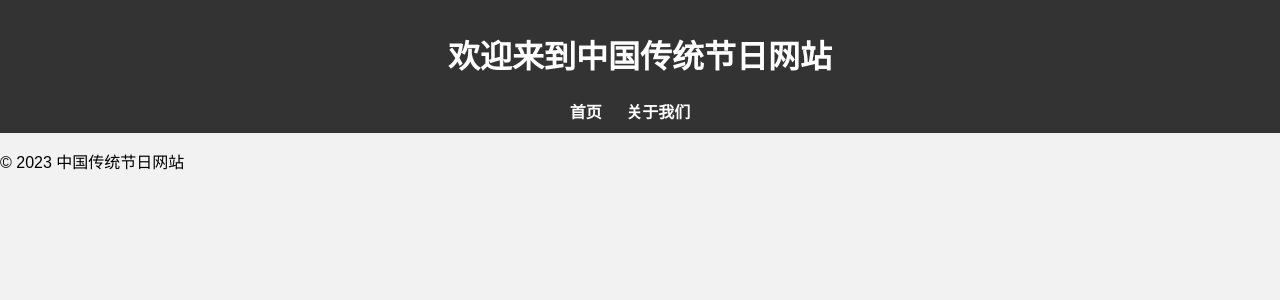
Repository: XueJie1/computer-operation-basics
Page: pages/about.html
The author's editor kept a copy of each file at every save. The page is drawn from the files as they stood at one save, then again after the next save.
The browser window is 1280 px wide. The pictures show the whole page.

Above is the page before, as saved 2023-08-30 14:38:01.

### pages/about.html
<!DOCTYPE html>
<html lang="en">

<head>
    <meta charset="UTF-8">
    <meta name="viewport" content="width=device-width, initial-scale=1.0">
    <title>关于</title>
    <link rel="stylesheet" type="text/css" href="../css/styles.css" />
    <script src="https://cdn.bootcdn.net/ajax/libs/jquery/3.6.4/jquery.js"></script>
</head>

<body>
    <div id="header"></div>
    <main></main>
    <div id="footer"></div>

    <script>
        $("#header").load("header.html");
        $("#footer").load("footer.html");
    </script>
</body>

</html>

### css/styles.css

body {
    font-family: Arial, sans-serif;
    margin: 0;
    padding: 0;
    background-color: #f2f2f2;
}

/* 样式化导航菜单 */
header {
    background-color: #333;
    color: #fff;
    padding: 10px 0;
}

header h1 {
    text-align: center;
    text-decoration: none;
    color: #fff;
}

nav ul {
    list-style-type: none;
    margin: 0;
    padding: 0;
    text-align: center;
}

nav ul li {
    display: inline;
    margin-right: 20px;
}

nav ul li a {
    text-decoration: none;
    color: #fff;
    font-weight: bold;
    font-size: 16px;
}

nav ul li a:hover {
    color: #ff9900; /* 鼠标悬停时的颜色 */
}

### pages/header.html
<header>
    <h1>欢迎来到中国传统节日网站</h1>
    <!-- 这里放置你的网站导航菜单、标志等内容 -->
    <nav>
        <ul>
            <li><a href="../index.html">首页</a></li>
            <li><a href="about.html">关于我们</a></li>
            <!-- 添加其他页面链接 -->
        </ul>
    </nav>
</header>

### pages/footer.html
<footer>
    <p>&copy; 2023 中国传统节日网站</p>
</footer>

After the next save:
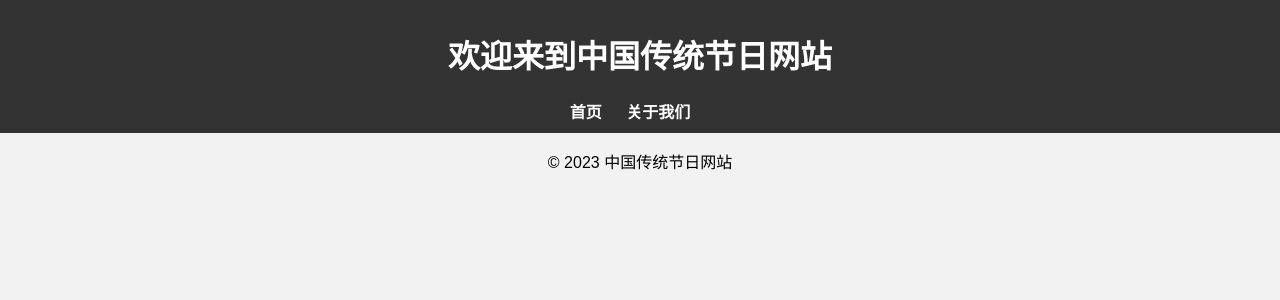
Saved 26 s later.
--- a/css/styles.css
+++ b/css/styles.css
@@ -41,3 +41,7 @@ nav ul li a {
 nav ul li a:hover {
     color: #ff9900; /* 鼠标悬停时的颜色 */
 }
+
+footer p{
+    text-align: center;
+}
